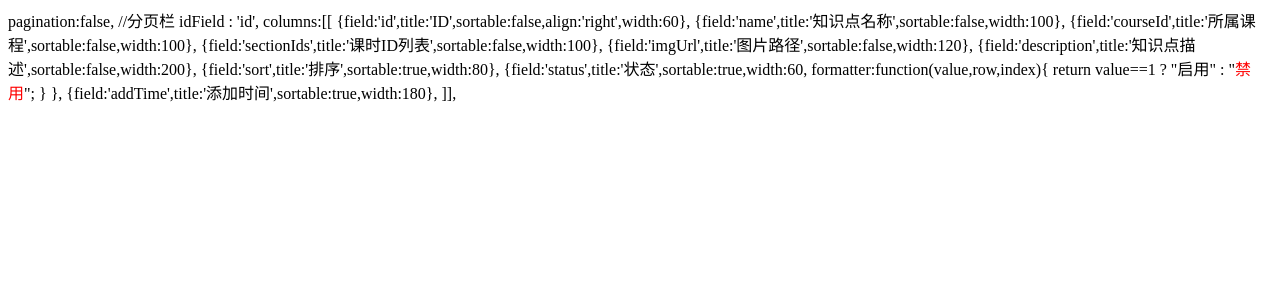
Repository: pridewu/hipi
Page: Education_dev_platform/branches/v1/Application/System/View/v1/Notice/index.html
These files come from the project's save history. The page is drawn as it stood at one moment and after the next save; the edit follows.
The browser window is 1280 px wide. The pictures show the whole page.

Above is the page before, as saved 2014-12-03 08:42:16.

After the next save:
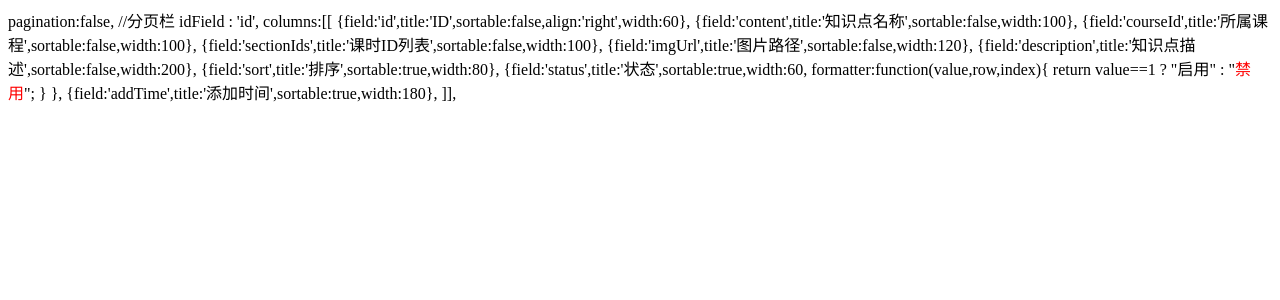
Saved 28 min 33 s later.
--- a/Education_dev_platform/branches/v1/Application/System/View/v1/Notice/index.html
+++ b/Education_dev_platform/branches/v1/Application/System/View/v1/Notice/index.html
@@ -9,7 +9,7 @@
 		idField : 'id',
 	    columns:[[
             {field:'id',title:'ID',sortable:false,align:'right',width:60},
-            {field:'name',title:'知识点名称',sortable:false,width:100},
+            {field:'content',title:'知识点名称',sortable:false,width:100},
             {field:'courseId',title:'所属课程',sortable:false,width:100},
             {field:'sectionIds',title:'课时ID列表',sortable:false,width:100},
             {field:'imgUrl',title:'图片路径',sortable:false,width:120},
